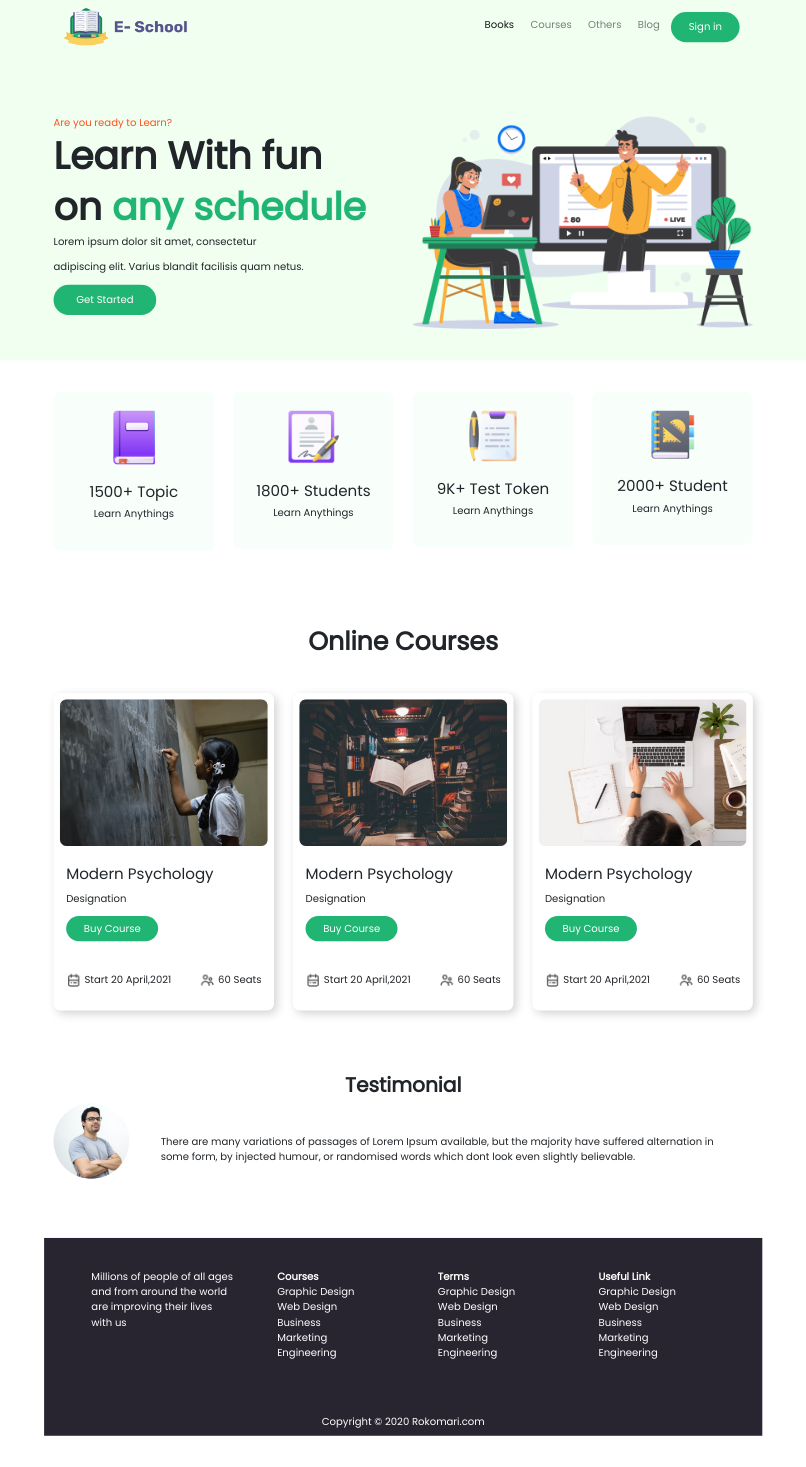
Repository: mohsinfarabi/e-school
Page: index.html
An editor plug-in stored every save of this project. The page is shown before and after a run of saves, followed by the edit.
The browser window is 1280 px wide. The pictures show the whole page, at 63% of full size.

Above is the page before, as saved 2020-07-09 21:36:09.

After the next 2 saves:
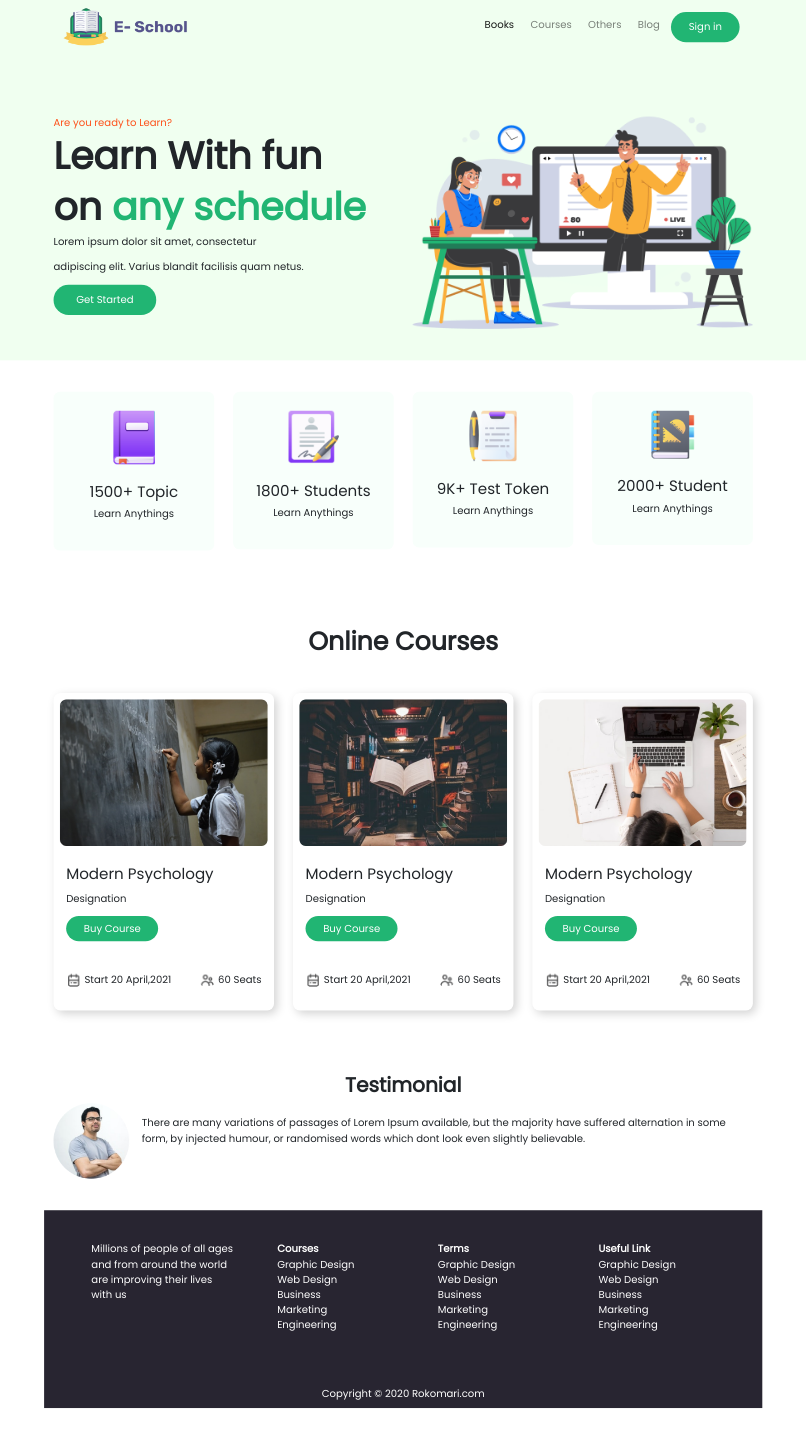
The 2 saves are shown as one change because they came seconds apart.
The last was saved 20 s later.
--- a/style.css
+++ b/style.css
@@ -190,7 +190,8 @@
     }
 
     .testimonial-text {
-        padding: 50px;
+        padding-left: 20px;
+        padding-top: 20px;
         text-align: left;
     }
     /* footer Section */
